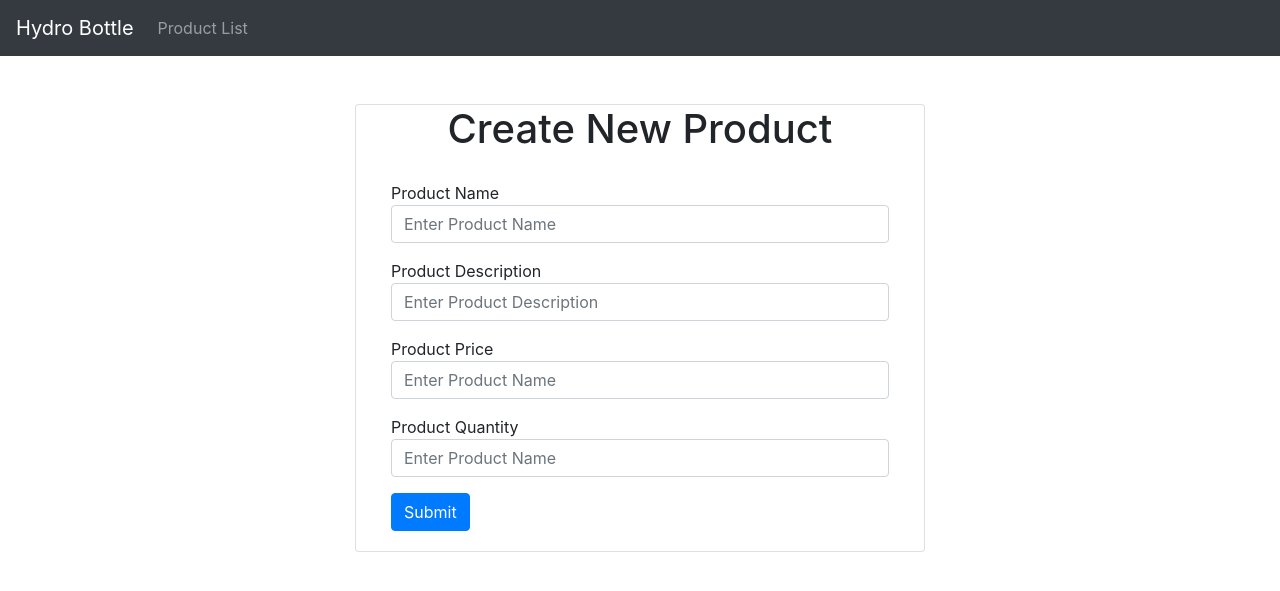
Repository: Junholee369/Junho_Lee_Capstone
Page: http://localhost/edit_Product
An editor plug-in stored every save of this project. The page is shown before and after the next save, followed by the edit.
The browser window is 1280 px wide. The pictures show the whole page.
The page is this project's Thymeleaf template; nobody is signed in. The template is opened directly, without the code that normally fills it, so the values that code supplies are empty.

Above is the page before, as saved 2022-06-19 19:42:56.

### Inventory_Management_Capstone/src/main/resources/templates/edit_Product.html
<!DOCTYPE html>
<html lang="en" xmlns:th="http://www.thymeleaf.org">
<head>
<meta charset="ISO-8859-1">
<title>Edit Product</title>

<link rel="stylesheet"
	href="https://stackpath.bootstrapcdn.com/bootstrap/4.1.3/css/bootstrap.min.css"
	integrity="sha384-MCw98/SFnGE8fJT3GXwEOngsV7Zt27NXFoaoApmYm81iuXoPkFOJwJ8ERdknLPMO"
	crossorigin="anonymous">

</head>
<body>
	<nav class="navbar navbar-expand-md bg-dark navbar-dark">
		<!-- Brand -->
		<a class="navbar-brand" href="#">Hydro Bottle</a>

		<!-- Toggler/collapsible Button -->
		<button class="navbar-toggler" type="button" data-toggle="collapse"
			data-target="#collapsibleNavbar">
			<span class="navbar-toggler-icon"></span>
		</button>

		<!-- Navbar links -->
		<div class="collapse navbar-collapse" id="collapsibleNavbar">
			<ul class="navbar-nav">
				<li class="nav-item"><a class="nav-link" th:href="@{/products}">Product List</a></li>
			</ul>
		</div>
	</nav>
<br>
<br>
	<div class="container">
		<div class="row">
			<div
				class="col-lg-6 col-md-6 col-sm-6 container justify-content-center card">
				<h1 class= "text-center"> Create New Product</h1>
				<div class="card-body">


					<form action="#" th:action="@{/products}"
						th:object="${product}" method="POST">

						<div class="form-group">
							<lable> Product Name</lable>
							<input type="text" name="productName" th:field="*{product_Name}"
								class="form-control" placeholder="Enter Product Name" />
						</div>
						<div class="form-group">
							<lable> Product Description</lable>
							<input type="text" name="productDescription" th:field="*{product_Description}"
								class="form-control" placeholder="Enter Product Description" />
						</div>
						<div class="form-group">
							<lable> Product Price</lable>
							<input type="text" name="productPrice" th:field="*{product_Price}"
								class="form-control" placeholder="Enter Product Name" />
						</div>
						<div class="form-group">
							<lable> Product Quantity</lable>
							<input type="text" name="productQuantity" th:field="*{product_Quantity}"
								class="form-control" placeholder="Enter Product Name" />
						</div>




						<div class = "box-footer">
						<button type="submit" class="btn btn-primary">Submit</button>
						</div>
					</form>
				</div>
			</div>
		</div>
</body>

</html>

After the next save:
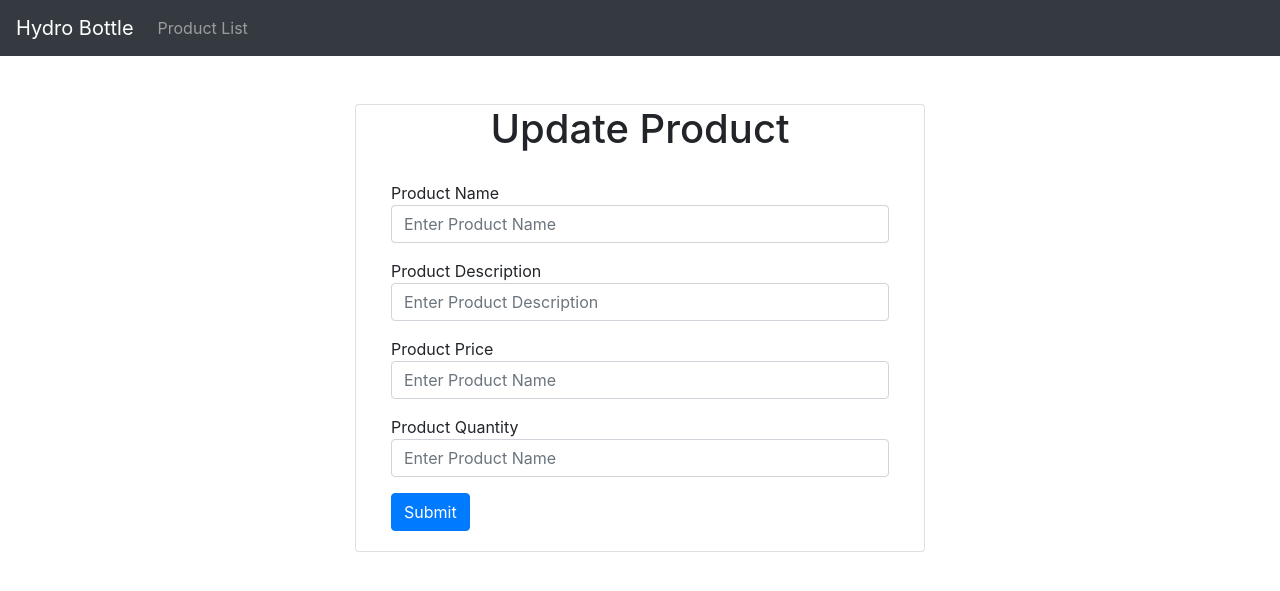
Saved 16 min 40 s later.
--- a/Inventory_Management_Capstone/src/main/resources/templates/edit_Product.html
+++ b/Inventory_Management_Capstone/src/main/resources/templates/edit_Product.html
@@ -34,7 +34,7 @@
 		<div class="row">
 			<div
 				class="col-lg-6 col-md-6 col-sm-6 container justify-content-center card">
-				<h1 class= "text-center"> Create New Product</h1>
+				<h1 class= "text-center"> Update Product</h1>
 				<div class="card-body">
 
 
